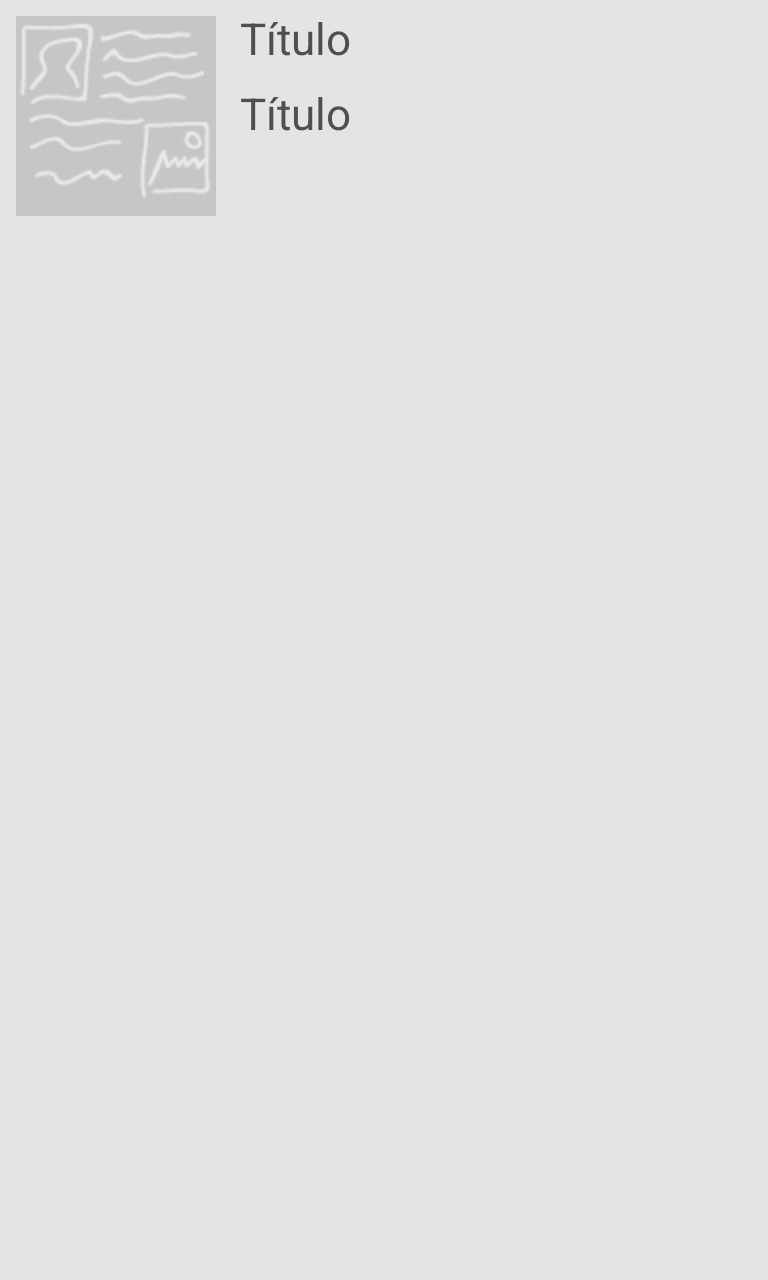
Repository: Vierco/Get_elements_from_web_and_caching
Layout: Guidelines_template/template/res/layout/row_list.xml
The author's editor kept a copy of each file at every save. The layout is drawn from the files as they stood at one save, then again after the next save.
It is drawn on a 768 x 1280 px phone screen (xhdpi) without system bars, with theme AppTheme; the app's code is not run.

Above is the layout before, as saved 2014-05-02 09:33:05.

After the next save:
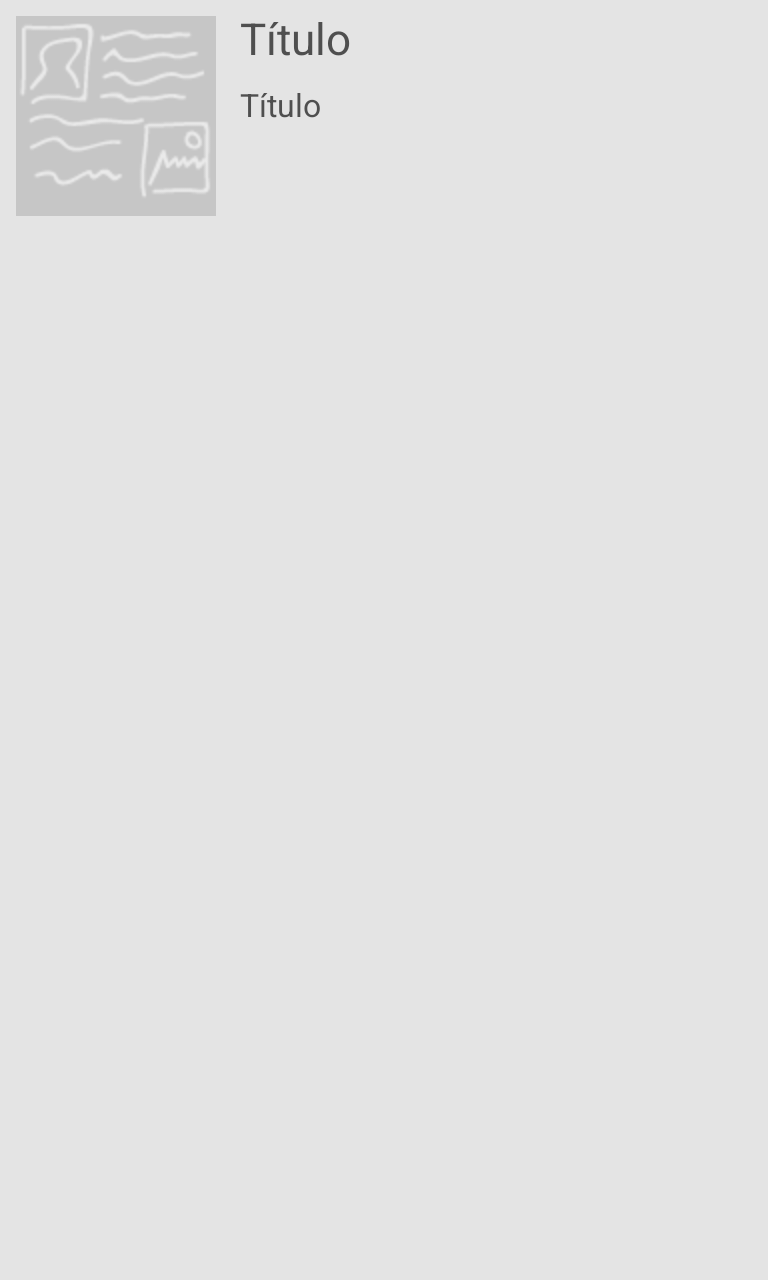
Saved 23 s later.
--- a/Guidelines_template/template/res/layout/row_list.xml
+++ b/Guidelines_template/template/res/layout/row_list.xml
@@ -35,7 +35,7 @@
             android:padding="@dimen/title_text_padding"
             android:text="Título"
             android:textColor="@color/text_color"
-            android:textSize="@dimen/title_text_size" >
+            android:textSize="@dimen/default_text_size" >
         </TextView>
     </LinearLayout>
 
